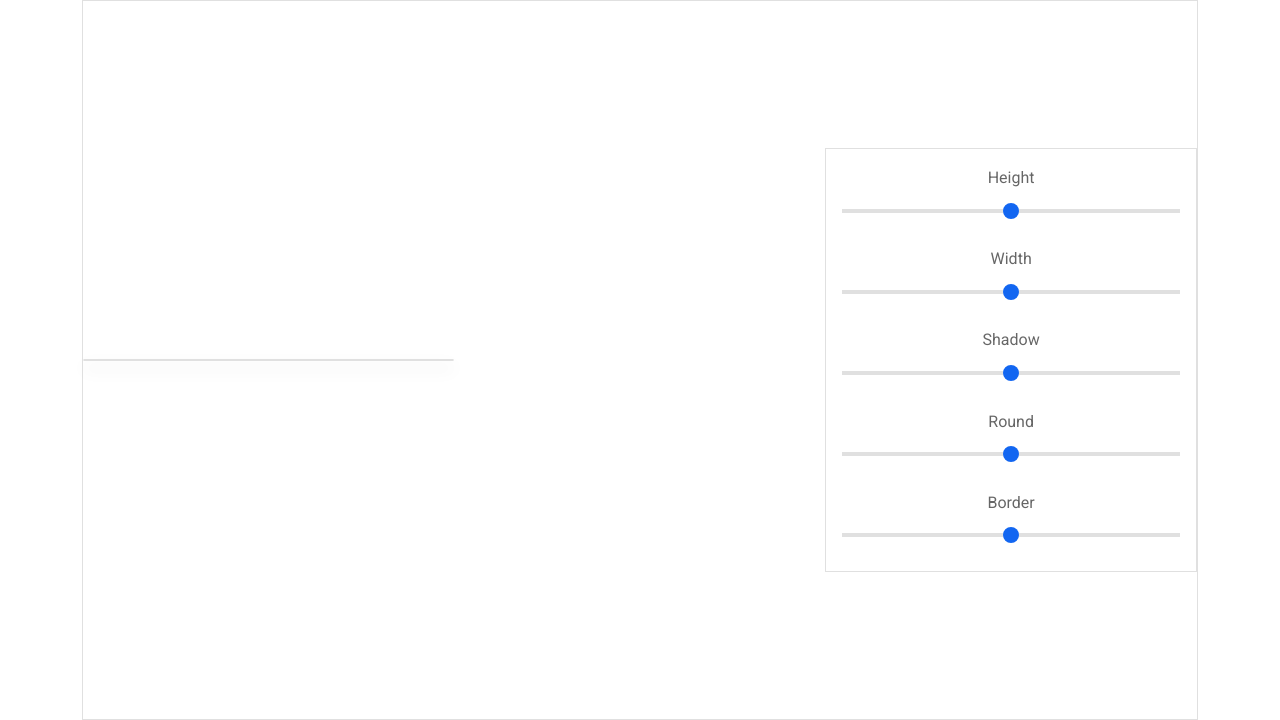
Repository: USaditya98/card-generator
Page: index.html
An editor plug-in stored every save of this project. The page is shown before and after the next save, followed by the edit.
The browser window is 1280 px wide. The pictures show the whole page.

Above is the page before, as saved 2021-10-20 11:21:10.

### index.html
<!DOCTYPE html>
<html lang="en">
  <head>
    <meta charset="UTF-8" />
    <meta name="viewport" content="width=device-width, initial-scale=1, shrink-to-fit=no" />
    <meta http-equiv="x-ua-compatible" content="ie=edge" />
    <title>Material Design for Bootstrap</title>
    <!-- MDB icon -->
    <link rel="icon" href="img/mdb-favicon.ico" type="image/x-icon" />
    <!-- Font Awesome -->
    <link rel="stylesheet" href="https://use.fontawesome.com/releases/v5.15.2/css/all.css" />
    <!-- Google Fonts Roboto -->
    <link
      rel="stylesheet"
      href="https://fonts.googleapis.com/css2?family=Roboto:wght@300;400;500;700;900&display=swap"
    />
    <!-- MDB -->
    <link rel="stylesheet" href="css/mdb.min.css" />
  </head>
  <body>
    <!-- Start your project here-->
    <div class="container">
      <div class="d-flex justify-content-between align-items-center text-center border" style="height: 100vh;">
            <div class=" w-100 h-screen" id="create">
                <div class="text-center w-50 h-50 border rounded shadow">
                </div>
            </div>
            <div class="border w-50 ">
            <div class="m-3">
                <label class="form-label" for="height">Height</label>
                <div class="range">
                <input type="range" class="form-range" id="height" min="0" max="500" step="10"/>
                </div>
            </div>
            <div class="m-3">
                <label class="form-label" for="width">Width</label>
                <div class="range">
                <input type="range" class="form-range" id="width" min="0" max="500" step="10" />
                </div>
            </div>
            <div class="m-3">
                <label class="form-label" for="shadow">Shadow</label>
                <div class="range">
                <input type="range" class="form-range" id="shadow" min="0" max="50" step="1"/>
                </div>
            </div>
            <div class="m-3">
                <label class="form-label" for="customRange1">Round</label>
                <div class="range">
                <input type="range" class="form-range" id="customRange1" />
                </div>
            </div>
            <div class="m-3">
                <label class="form-label" for="customRange1">Border</label>
                <div class="range">
                <input type="range" class="form-range" id="customRange1" />
                </div>
            </div>
            </div>
      </div>
    </div>
    <!-- End your project here-->

    <!-- MDB -->
    <script type="text/javascript" src="js/mdb.min.js"></script>
    <!-- Custom scripts -->
    <script type="text/javascript">
        function myFunction() {
            var div = document.createElement("DIV");
            document.body.appendChild(btn);
        }
    </script>
  </body>
</html>

Loaded but not shown: css/mdb.min.css (library); js/mdb.min.js (library)

After the next save:
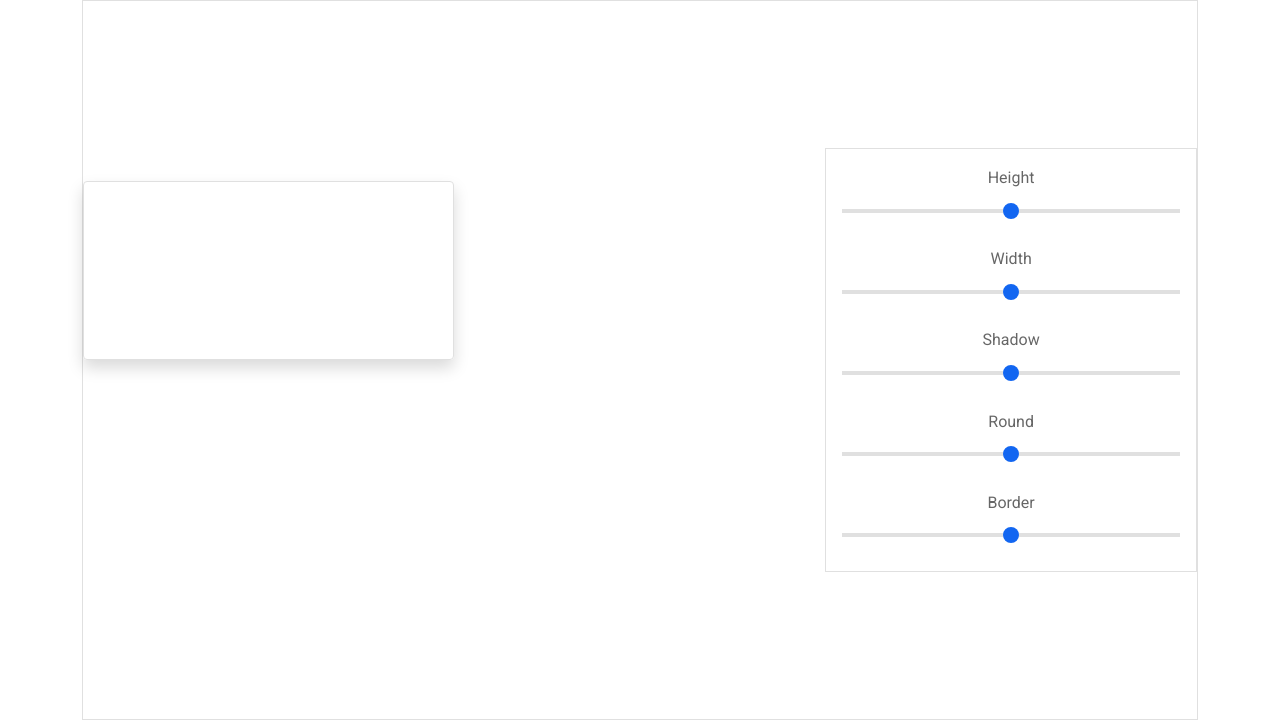
Saved 18 s later.
--- a/index.html
+++ b/index.html
@@ -21,7 +21,7 @@
     <!-- Start your project here-->
     <div class="container">
       <div class="d-flex justify-content-between align-items-center text-center border" style="height: 100vh;">
-            <div class=" w-100 h-screen" id="create">
+            <div class=" w-100 h-50" id="create">
                 <div class="text-center w-50 h-50 border rounded shadow">
                 </div>
             </div>
